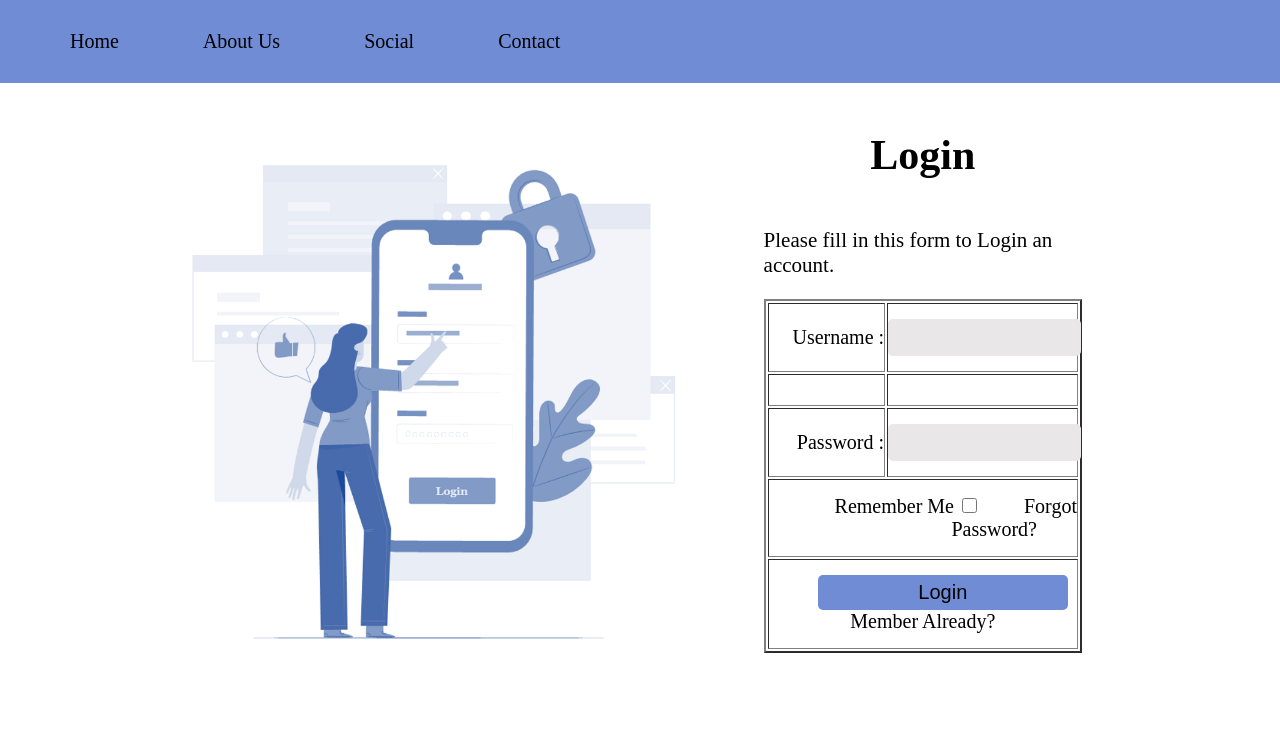
Repository: armanali13000/JAVA_CRUD
Page: http://localhost/CRUD_APP/Login.jsp
These files come from the project's save history. The page is drawn as it stood at one moment and after the next save; the edit follows.
The browser window is 1280 px wide. The pictures show the whole page.
The page is served by Tomcat 9.

Above is the page before, as saved 2023-03-04 14:53:06.

### CRUD_APP/src/main/webapp/Login.jsp
<%@ page language="java" contentType="text/html; charset=ISO-8859-1"
    pageEncoding="ISO-8859-1"%>
<!DOCTYPE html>
<html>
<head>
<meta charset="ISO-8859-1">
<title>Login</title>

<style>

	body
        {
            padding: 0px;
            margin: 0px;
        }
        .navbar
        {
            background: #708CD5;
            padding: 30px;
            position: sticky;
            top: 0px;

        }
        a
        {
            color: black;
            text-decoration: none;
            padding: 20px;
            margin: 20px;
            font-size: 20px;
        }
        .header {
            width: 100%;
            display: flex;
            flex-direction: column;
            align-items: center;
            font-size: 21px;
        }

        .parent {
            display: grid;
            grid-template-columns: 65% 35%;
            width: 80%;
            margin: 78px;
            margin-top: auto;
            align-items: center;
        }

        .imgTable {
            width: 80%;
            margin-left: 80px;
            margin-top: 50px;
        }

        table.formtable {
            width: 100%;
        }

        .tableDiv {
            /* border: 8px solid #708CD5; */
            padding: 20px;
        }

        td {
            padding: 15px 0px 15px 0px;
            text-align: right;

        }
		.imgDiv
		{

		}
        input {
            width: 100%;
            height: 35px;
            border: none;
            background: #e9e7e7;
            /* border-bottom: 1px solid black; */
            border-radius: 5px;
        }
        .button
        {
            width: 250px;
            margin-left: 40px;
            font-size: 20px;
            background-color: #708CD5;
        }
        .checkbox
        {
        	height: 15px;
        	width: 15px;
        }
        label
        {
        	font-size: 20px;

        }
        #l_button
        {
        	text-align: center;
        }



        @media screen and (max-width:1100px){
            .parent {
            display: block;
        }
        }

</style>


</head>
<body>

	<div class="navbar">

        <a href="#">Home</a>
        <a href="#">About Us</a>
        <a href="#">Social</a>
        <a href="#">Contact</a>

    </div>


    <div class="parent">
        <div class="imgDiv">
             <img class="imgTable" alt="image" src="images/LoginImage.png">
        </div>

        <div class="tableDiv">
            <div class="header">
                <h1>Login</h1>
                <p>Please fill in this form to Login an account.</p>
            </div>
            <form class="registration" action="Register" method="post">
                <table class="formtable" border="2px">
                    <tbody class="tableborder">
                        <tr>
                            <td><label>Username :</label></td>
                            <td><input id="input" type="text"></input></td>
                        </tr>
                        <tr>
                            <td></td>
                            <td></td>
                        </tr>
                        <tr>
                            <td><label>Password :</label></td>
                            <td><input id="input" type="password"></input></td>
                        </tr>
                        <tr>
                        	<td colspan="2">
                        		<label>Remember Me</label>
	                            <input class="checkbox" id="input" type="checkbox"></input>
	                            <a class="forgot" href="#">Forgot Password?</a>
                            </td>

                        </tr>
                        <tr>

                            <td colspan="2" id="l_button">
                            <input class="button" type="submit" value="Login"></input>
                            <a class="forgot" href="#">Member Already?</a>
                            </td>
                        </tr>
                    </tbody>
                </table>
            </form>
        </div>
    </div>

</body>
</html>

After the next save:
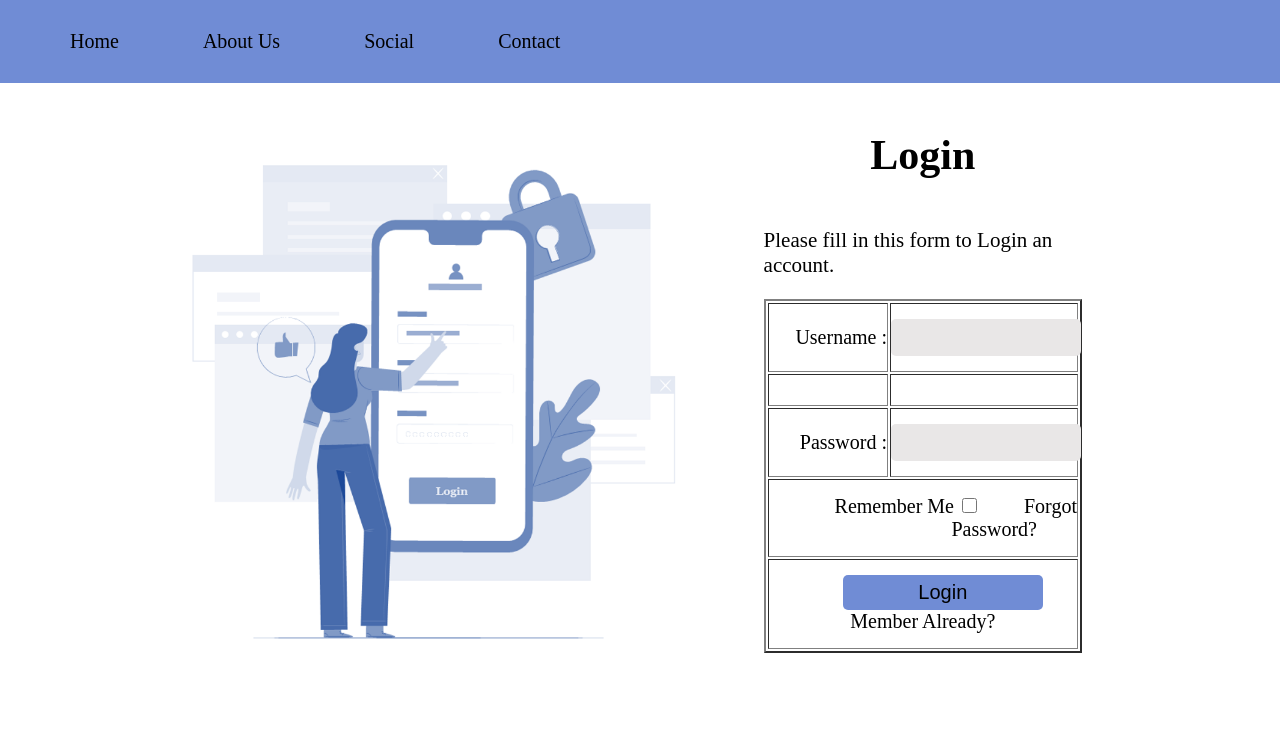
Saved 15 s later.
--- a/CRUD_APP/src/main/webapp/Login.jsp
+++ b/CRUD_APP/src/main/webapp/Login.jsp
@@ -80,7 +80,7 @@
         }
         .button
         {
-            width: 250px;
+            width: 200px;
             margin-left: 40px;
             font-size: 20px;
             background-color: #708CD5;
